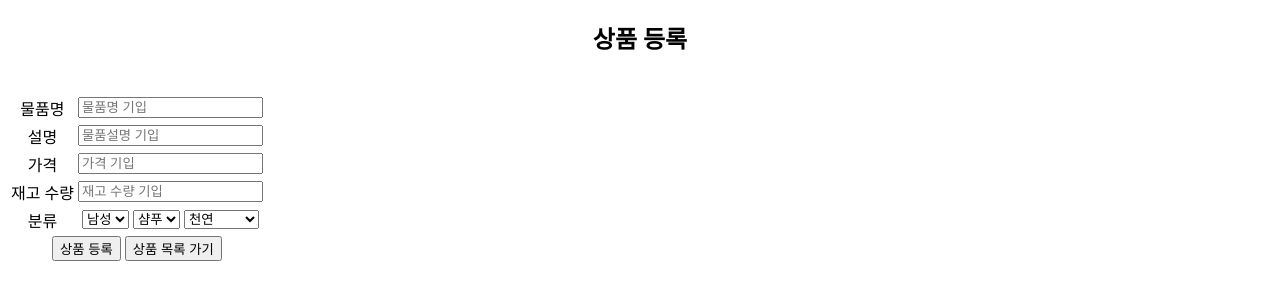
Repository: zxcvb2355/product
Page: http://localhost/product/WEB-INF/view/product/productInsertForm.jsp
These files come from the project's save history. The page is drawn as it stood at one moment and after the next save; the edit follows.
The browser window is 1280 px wide. The pictures show the whole page.
The page is served by Tomcat 9. Nobody is signed in. The template is opened directly, without the code that normally fills it, so the values that code supplies are empty.

Above is the page before, as saved 2023-02-03 05:48:24.

After the next save:
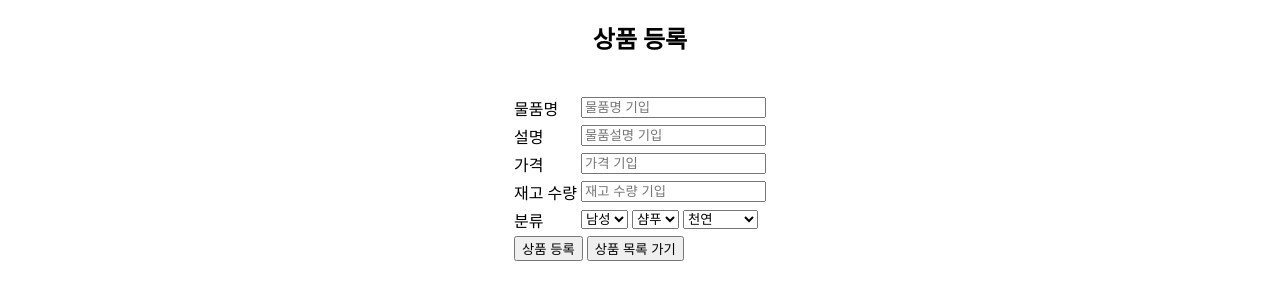
Saved 32 s later.
--- a/product/webapp/WEB-INF/view/product/productInsertForm.jsp
+++ b/product/webapp/WEB-INF/view/product/productInsertForm.jsp
@@ -9,7 +9,7 @@
 <body>
 <h2 style="text-align:center;">상품 등록</h2><br>
 <form id="insert" name="insert">
-<table style="text-align:center;">
+<table align="center">
 <tr>
 <td>물품명</td>
 <td><input type="text" id="pname" name="pname" placeholder="물품명 기입"></td>
